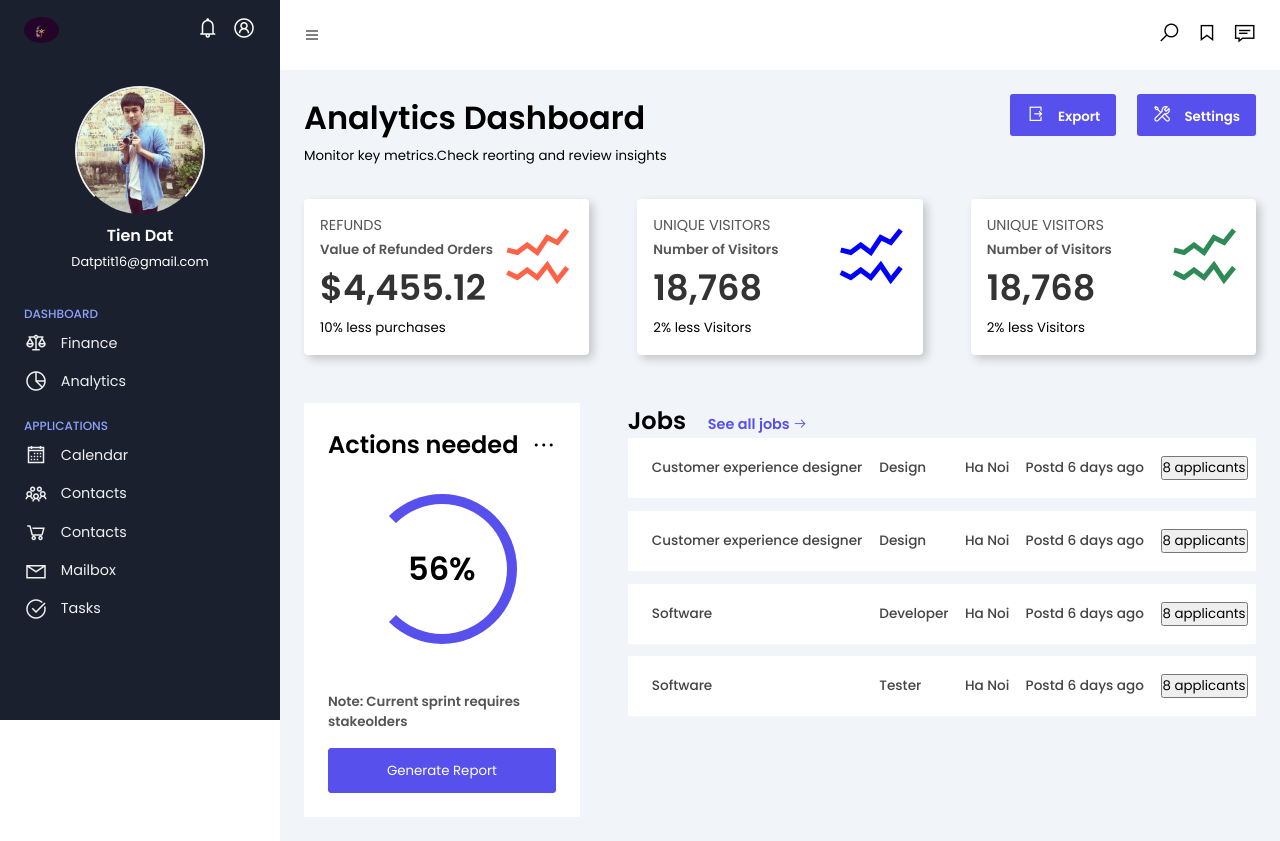
Repository: Datt21/dashboard-fe-project
Page: index.html
These files come from the project's save history. The page is drawn as it stood at one moment and after the next save; the edit follows.
The browser window is 1280 px wide. The pictures show the whole page.

Above is the page before, as saved 2021-06-08 20:10:01.

### index.html
<!DOCTYPE html>
<html lang="en">
<head>
    <meta charset="UTF-8">
    <meta http-equiv="X-UA-Compatible" content="IE=edge">
    <meta name="viewport" content="width=device-width, initial-scale=1.0 maxium-scale=1.0">

    <!-- =============== UNICONS =================== -->
    <link rel="stylesheet" href="https://maxst.icons8.com/vue-static/landings/line-awesome/line-awesome/1.3.0/css/line-awesome.min.css">
    <!-- =============== GOOGLE FONT =============== -->

    <!-- =============== CSS ================== -->
    <link rel="stylesheet" href="./assets/css/style.css">

    <title>Tien Dat Admin Dashboard</title>

</head>
<body>
    <!-- ========== SIDEBAR======== -->
    <div class="sidebar">
    <!-- brand -->
         <div class="sidebar__brand">
             <div class="brand__flex">
                 <img src="./img/loGO1.jpg" width="35px" alt="">

                 <div class="brand__icons">
                     <span class="las la-bell"></span>
                     <span class="las la-user-circle"></span>
                 </div>
             </div>
         </div>
    <!-- main -->
         <div class="sidebar__main">
             <div class="sidebar__user">
                 <img src="./img/119942988_206292647508421_8132941228799644311_n.jpg" alt="">
                 <div>
                     <h3> Tien Dat</h3>
                     <span> Datptit16@gmail.com</span>
                 </div>
             </div>
             <div class="sidebar__menu">
                 <div class="menu-head">
                     <span> Dashboard</span>
                 </div>
                 <ul>
                     <li>
                         <a href="">
                         <span class="las la-balance-scale"></span>
                        Finance
                        </a>
                    </li>
                     <li>
                         <a href=""><span class="las la-chart-pie"></span>
                        Analytics
                         </a>
                    </li>
                 </ul>

                 <div class="menu-head">
                    <span> Applications</span>
                </div>
                <ul>
                    <li>
                        <a href="">
                        <span class="las la-calendar"></span>
                       Calendar
                       </a>
                   </li>
                    <li>
                        <a href=""><span class="las la-users"></span>
                       Contacts
                        </a>
                   </li>
                    <li>
                        <a href=""><span class="las la-shopping-cart"></span>
                       Contacts
                        </a>
                   </li>
                    <li>
                        <a href=""><span class="las la-envelope"></span>
                       Mailbox
                        </a>
                   </li>
                    <li>
                        <a href=""><span class="las la-check-circle"></span>
                       Tasks
                        </a>
                   </li>
                </ul>
             </div>
         </div>
    </div>

    <!-- ================== MAIN CONTENT===================== -->
    <div class="main__content">
        <header>
            <div class="menu__toggle">
                <lable for="">
                    <span class="las la-bars"></span>
                </lable>
            </div>

            <div class="hearder__icons">
                <span class="las la-search"></span>
                <span class="las la-bookmark"></span>
                <span class="las la-sms"></span>
            </div>
        </header>

        <main>
            <div class="page__header">
                <div>
                    <h1>Analytics Dashboard</h1>
                    <small>Monitor key metrics.Check reorting and review insights</small>
                </div>

                <div class="header__actions">
                    <button>
                        <span class="las la-file-export"></span>
                        Export
                    </button>
                    <button>
                        <span class="las la-tools"></span>
                        Settings
                    </button>
                </div>
            </div>

            <div class="cards">
                <div class="card__single">
                     <div class="card__flex">
                         <div class="card__info">
                             <div class="card__head">
                                 <span>Refunds</span>
                                 <small>Value of Refunded Orders</small>
                             </div>

                             <h2>$4,455.12</h2>

                             <small>10% less purchases</small>
                         </div>
                         <div class="card-chart sucess">
                             <span class="las la-chart-line"></span>
                         </div>
                     </div>
                </div>

                <div class="card__single">
                     <div class="card__flex">
                         <div class="card__info">
                             <div class="card__head">
                                 <span>Unique Visitors</span>
                                 <small>Number of Visitors</small>
                             </div>

                             <h2>18,768</h2>

                             <small>2% less Visitors</small>
                         </div>
                         <div class="card-chart danger">
                             <span class="las la-chart-line"></span>
                         </div>
                     </div>
                </div>
                <div class="card__single">
                     <div class="card__flex">
                         <div class="card__info">
                             <div class="card__head">
                                 <span>Unique Visitors</span>
                                 <small>Number of Visitors</small>
                             </div>

                             <h2>18,768</h2>

                             <small>2% less Visitors</small>
                         </div>
                         <div class="card-chart yellow">
                             <span class="las la-chart-line"></span>
                         </div>
                     </div>
                </div>
            </div>

            <div class="job__grid">
                <div class="analytics__card">
                        <div class="analytics__head">
                             <h2>Actions needed</h2>

                             <span class="las la-ellipsis-h"></span>
                        </div>

                        <div class="analytics__chart">
                            <div class="chart__circle">
                                <h1>56%</h1>
                            </div>

                            <div class="analytics__note">
                                <small>Note: Current sprint requires stakeolders</small>
                            </div>

                            <div class="analytics__btn">
                                <button>Generate Report</button>
                            </div>
                        </div>
                </div>

                <div class="jobs">
                    <h2>Jobs <small>See all jobs <span class="las la-arrow-right"></span></small></h2>
                    <table width="100%">
                        <tbody>
                            <tr>
                                <td>
                                    <div>
                                        <span class="indicator"></span>
                                    </div>
                                </td>
                                <td>
                                    <div>Customer experience designer</div>
                                </td>
                                <td>
                                    <div>Design</div>
                                </td>
                                <td>
                                    <div>Ha Noi</div>
                                </td>
                                <td>
                                    <div>Postd 6 days ago</div>
                                </td>
                                <td>
                                    <div>
                                        <button>8 applicants</button>
                                    </div>
                                </td>
                            </tr>
                            <tr>
                                <td>
                                    <div>
                                        <span class="indicator"></span>
                                    </div>
                                </td>
                                <td>
                                    <div>Customer experience designer</div>
                                </td>
                                <td>
                                    <div>Design</div>
                                </td>
                                <td>
                                    <div>Ha Noi</div>
                                </td>
                                <td>
                                    <div>Postd 6 days ago</div>
                                </td>
                                <td>
                                    <div>
                                        <button>8 applicants</button>
                                    </div>
                                </td>
                            </tr>
                            <tr>
                                <td>
                                    <div>
                                        <span class="indicator"></span>
                                    </div>
                                </td>
                                <td>
                                    <div>Software</div>
                                </td>
                                <td>
                                    <div>Developer</div>
                                </td>
                                <td>
                                    <div>Ha Noi</div>
                                </td>
                                <td>
                                    <div>Postd 6 days ago</div>
                                </td>
                                <td>
                                    <div>
                                        <button>8 applicants</button>
                                    </div>
                                </td>
                            </tr>
                            <tr>
                                <td>
                                    <div>
                                        <span class="indicator"></span>
                                    </div>
                                </td>
                                <td>
                                    <div>Software</div>
                                </td>
                                <td>
                                    <div>Tester</div>
                                </td>
                                <td>
                                    <div>Ha Noi</div>
                                </td>
                                <td>
                                    <div>Postd 6 days ago</div>
                                </td>
                                <td>
                                    <div>
                                        <button>8 applicants</button>
                                    </div>
                                </td>
                            </tr>

                        </tbody>
                    </table>
                </div>
            </div>
        </main>
    </div>
</body>
</html>

### assets/css/style.css
@import url('https://fonts.googleapis.com/css2?family=Poppins:wght@300;400;500;600&display=swap');

:root{
    --color-main: #1a202e;
}

*{
    font-family: 'Poppins', sans-serif ;
    box-sizing: border-box;
    text-decoration: none;
    list-style-type: none;
    margin: 0;
    padding: 0;
}

.sidebar{
    width: 280px;
    position: fixed;
    left: 0;
    top: 0;
    height: 100%;
    padding: 1rem 1.5rem;
    background: var(--color-main);
    color: #fff;
}

.sidebar__brand{
    height: 70px;
}

.brand__flex{
    display: flex;
    justify-content: space-between;
    align-items: center;
}

.brand__flex img{
    border-radius: 50%;
}

.brand__icons span{
    font-size: 1.5rem;
    margin-left: 0.5rem;
}

.sidebar__user{
    margin: 0rem 0rem 1rem 0rem;
    text-align: center;
}

.sidebar__user img{
    width: 130px;
    height: 130px;
    border-radius: 50%;
    border: 2px solid #efefef;
    border-top: 2px solid #efefef;
    border-left: 2px solid #efefef;
    border-right: 2px solid #efefef;
    border-bottom: 2px solid transparent;
}

.sidebar__user h3{
    font-size: 1rem;
}

.sidebar__user span{
    font-size: .8rem;
}

.sidebar__menu {
    margin-top: 2rem;
}

.menu-head {
    text-transform: uppercase;
    color: #8da2fb;
    font-size: .75rem;
    font-weight: 500;
    margin-bottom: 0.5rem;
}

.sidebar__menu ul{
    margin-bottom: 1.5rem;
}

.sidebar__menu li{
    margin-bottom: 0.9rem;

}

.sidebar__menu li a{
    color: #efefef;
    font-size: .9rem;
    display: flex;
    align-items: center;
}

.sidebar__menu li a span{
    font-size: 1.5rem;
    display: inline-block;
    margin-right: 0.8rem;
}



header{
    height: 70px;
    display: flex;
    justify-content: space-between;
    align-items: center;
    padding: 1rem 1.5rem;
}

.menu__toggle label{
    height: 60px;
    width: 60px;
    display: grid;
    place-items: center;
    font-size: 1.5rem;
    border-radius: 50%;
}

.hearder__icons span{
    display: inline-block;
    margin-left: .7rem;
    font-size: 1.4rem;
}

.menu__toggle label:hover {
    background: #efefef;
}

.main__content{
    margin-left: 280px;
}

main {
    padding: 1.5rem;
    background: #f1f5f9;
    min-height: calc(100vh - 70px);
}

.page__header {
    display: flex;
    justify-content: space-between;
}

.header__actions button {
    outline: none;
    background: #5850ec;
    color: #fff;
    border: none;
    padding: .6rem 1rem;
    margin-left: 1rem;
    border-radius: 3px;
    font-weight: 600;
}

.header__actions button span{
    font-size: 1.2rem;
    margin-right: .6rem;

}

.cards{
    display: grid;
    grid-template-columns: repeat(3, 1fr);
    grid-gap : 3rem;
    padding-top: 2rem;
}

.card__single{
    background: #fff;
    padding: 1rem;
    box-shadow: 4px 4px 10px rgba(0,0,0,0.2) ;
    border-radius: 4px;
}

.card__flex{
    display: grid;
    grid-template-columns: 70% auto;
}

.card__head span{
    display: block;
    text-transform: uppercase;
    color: #555;
    font-size: .9rem;
}

.card__head small{
    font-weight: 600;
    color: #555;
}

.card__info h2{
    font-size: 2.2rem;
    color: #333;
}

.card-chart span{
    font-size: 5rem;
}

.card-chart.sucess{
    color: tomato;
}
.card-chart.danger{
    color: blue;
}
.card-chart.yellow{
    color: seagreen;
}

.job__grid{
    margin-top: 3rem;
    display: grid;
    grid-template-columns: auto 66%;
    grid-gap: 3rem;
}

.analytics__card{
    background: #fff;
    padding: 1.5rem;
}

.analytics__head{
    display: flex;
    justify-content: space-between;
    align-items: center;
    margin-bottom: 2rem;
}

.analytics__head span{
    font-size: 1.5rem;
}

.analytics__chart small{
    font-weight: 600;
    color: #555;
    display: block;
    margin-bottom: 1rem;
}

.chart__circle{
    height: 150px;
    width: 150px;
    border-left: 10px solid transparent;
    border-right: 10px solid #5850ec;
    border-bottom: 10px solid #5850ec;
    border-top: 10px solid #5850ec;
    display: grid;
    place-items: center;
    margin: auto;
    border-radius: 50%;
    margin-bottom: 3rem;
}

.analytics__btn button{
     display: block;
     padding: .6rem 1rem;
     width: 100%;
     height: 45px;
     background: #5850ec;
     color: #fff;
     border: 1px solid #5850ec;
     border-radius: 3px;
}

.jobs h2 small{
     color: #5850ec;
     font-weight: 600;
     display: inline-block;
     margin-left: 1rem;
     font-size: .9rem;
}

.jobs table{
    border-collapse: collapse;
}



.jobs table td div{
    margin-bottom: .8rem;
    background: #fff;
    height: 60px;
    display: flex;
    align-items: center;
    padding: .5rem;
    font-size: .85rem;
    color: #444;
    font-weight: 500;
}

After the next save:
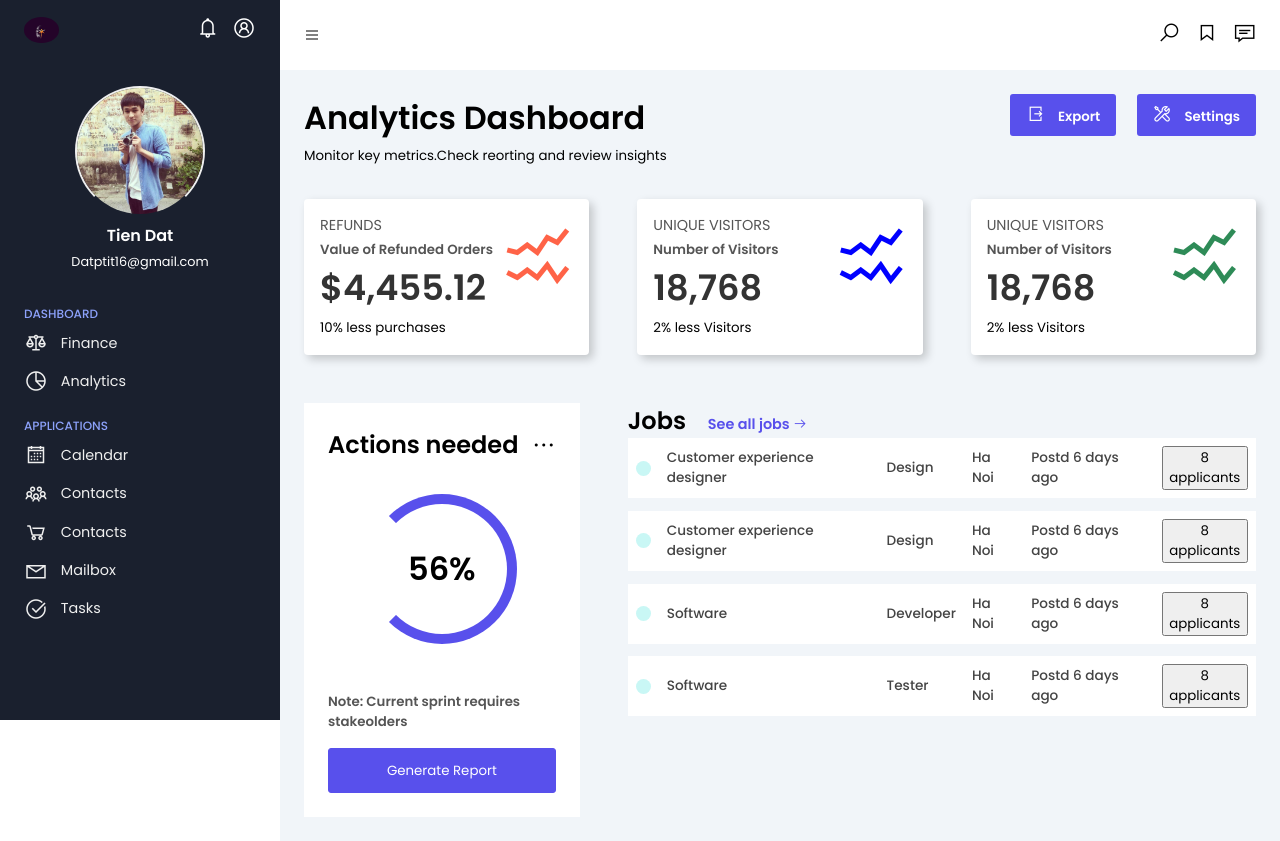
Saved 73 s later.
--- a/assets/css/style.css
+++ b/assets/css/style.css
@@ -279,7 +279,12 @@ main {
     border-collapse: collapse;
 }
 
-
+span.indicator{
+    background: #c9f7f5;
+    height: 15px;
+    width: 15px;
+    border-radius: 50%;
+}
 
 .jobs table td div{
     margin-bottom: .8rem;
